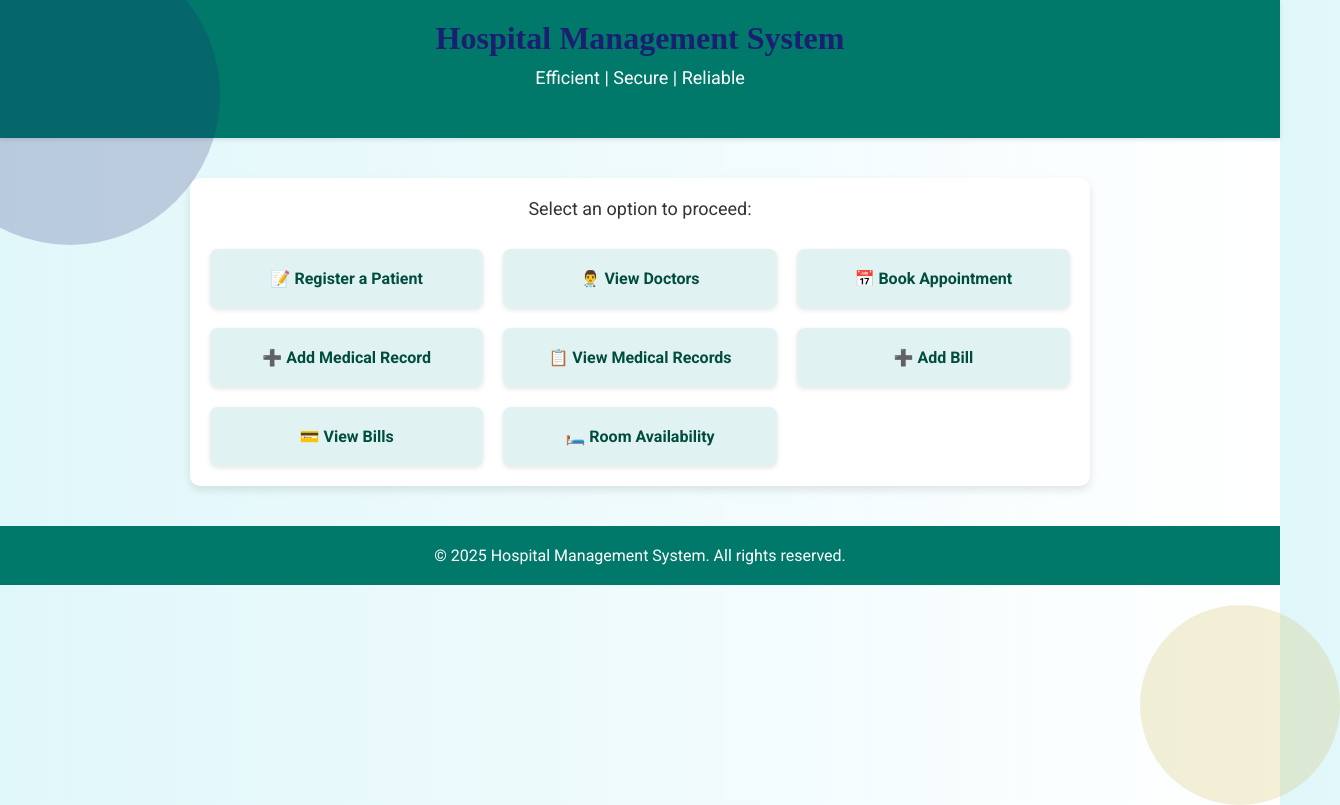
Repository: shreeshskatti/hospital_management_system
Page: http://localhost/
These files come from the project's save history. The page is drawn as it stood at one moment and after the next save; the edit follows.
The browser window is 1280 px wide. The page is 1340 px wide, so the pictures cover 1340 px, including what lies to the right of the window. The pictures show the whole page.
Some web fonts or font styles are not loaded; a fallback is used. The page is run by PHP 8.4 with error messages shown; the project is at /var/www/html/.

Above is the page before, as saved 2025-05-29 22:02:59.

### index.php
<?php include 'includes/db.php'; ?>
<!DOCTYPE html>
<html lang="en">
<head>
  <meta charset="UTF-8">
  <title>Hospital Management System</title>
  <link rel="stylesheet" href="css/style.css">
  <link href="https://fonts.googleapis.com/css2?family=Roboto:wght@400;700&display=swap" rel="stylesheet">
  <style>
    * {
      margin: 0; padding: 0;
      box-sizing: border-box;
      font-family: 'Roboto', sans-serif;
    }
    body {
      background: linear-gradient(to right, #e0f7fa, #ffffff);
      color: #333;
    }
    header {
      background-color: #00796B;
      color: white;
      padding: 20px 0;
      text-align: center;
      box-shadow: 0 2px 4px rgba(0,0,0,0.1);
    }
    .container {
      max-width: 900px;
      margin: 40px auto;
      padding: 20px;
      background: white;
      border-radius: 10px;
      box-shadow: 0 4px 8px rgba(0,0,0,0.1);
      text-align: center;
    }
    h1 {
      margin-bottom: 10px;
    }
    p {
      font-size: 18px;
      margin-bottom: 30px;
    }
    ul {
      list-style: none;
      display: grid;
      grid-template-columns: repeat(auto-fit, minmax(240px, 1fr));
      gap: 20px;
      padding: 0;
    }
    li a {
      display: block;
      padding: 20px;
      background-color: #e0f2f1;
      border-radius: 8px;
      text-decoration: none;
      color: #004D40;
      font-weight: bold;
      font-size: 16px;
      transition: all 0.3s ease;
      box-shadow: 0 2px 5px rgba(0,0,0,0.1);
    }
    li a:hover {
      background-color: #b2dfdb;
      transform: translateY(-5px);
    }
    footer {
      text-align: center;
      margin-top: 40px;
      padding: 20px;
      background-color: #00796B;
      color: white;
    }
  </style>
</head>
<body>

  <header>
    <h1>Hospital Management System</h1>
    <p>Efficient | Secure | Reliable</p>
  </header>

  <div class="container">
    <p>Select an option to proceed:</p>
    <ul>
      <li><a href="patients/add_patient.php">📝 Register a Patient</a></li>
      <li><a href="doctors/view_doctors.php">👨‍⚕️ View Doctors</a></li>
      <li><a href="appointments/book_appointment.php">📅 Book Appointment</a></li>
      <li><a href="medical_records/add_record.php">➕ Add Medical Record</a></li>
      <li><a href="medical_records/view_records.php">📋 View Medical Records</a></li>
      <li><a href="bills/add_bill.php">➕ Add Bill</a></li> <!-- ✅ Added -->
      <li><a href="bills/view_bills.php">💳 View Bills</a></li>
      <li><a href="rooms/view_rooms.php">🛏️ Room Availability</a></li>
    </ul>
  </div>

  <footer>
    &copy; <?php echo date('Y'); ?> Hospital Management System. All rights reserved.
  </footer>

</body>
</html>

### includes/db.php
<?php
$host = 'localhost';
$user = 'root';
$pass = '';
$dbname = 'hospital_db';  // must match your DB name

$conn = new mysqli($host, $user, $pass, $dbname);

if ($conn->connect_error) {
    die("Connection failed: " . $conn->connect_error);
}
?>

### css/style.css
@import url('https://fonts.googleapis.com/css2?family=Merriweather&family=Open+Sans&display=swap');

* {
  margin: 0;
  padding: 0;
  box-sizing: border-box;
}

body {
  background: radial-gradient(circle at top left, #f0f4ff, #fdfdfd);
  font-family: 'Open Sans', sans-serif;
  color: #2E2E2E;
  min-height: 100vh;
  position: relative;
  overflow-x: hidden;
}

/* Background floating shapes */
body::before, body::after {
  content: '';
  position: absolute;
  border-radius: 50%;
  opacity: 0.2;
  z-index: 0;
  pointer-events: none;
  animation: float 10s ease-in-out infinite;
}

body::before {
  width: 300px;
  height: 300px;
  background: #1A1F71;
  top: -80px;
  left: -80px;
}

body::after {
  width: 200px;
  height: 200px;
  background: #C9B037;
  bottom: -60px;
  right: -60px;
}

@keyframes float {
  0%, 100% { transform: translateY(0px); }
  50% { transform: translateY(25px); }
}

h1, h2, h3 {
  font-family: 'Merriweather', serif;
  color: #1A1F71;
  z-index: 1;
  position: relative;
}

.container {
  max-width: 900px;
  margin: 60px auto;
  padding: 40px 30px;
  background-color: rgba(255, 255, 255, 0.9);
  backdrop-filter: blur(10px);
  border-radius: 16px;
  box-shadow: 0 12px 30px rgba(0,0,0,0.1);
  position: relative;
  z-index: 1;
}

button {
  background-color: #1A1F71;
  color: #F9F6F1;
  border: none;
  padding: 14px 28px;
  font-size: 16px;
  border-radius: 8px;
  cursor: pointer;
  font-weight: 600;
  transition: background-color 0.3s ease, color 0.3s ease;
}

button:hover {
  background-color: #C9B037;
  color: #1A1F71;
}

input, select {
  width: 100%;
  padding: 12px;
  margin-top: 10px;
  margin-bottom: 22px;
  border: 1.5px solid #D3D3D3;
  border-radius: 8px;
  font-size: 16px;
  transition: all 0.3s ease;
  background-color: #fafafa;
}

input:focus, select:focus {
  border-color: #C9B037;
  outline: none;
  box-shadow: 0 0 8px rgba(201, 176, 55, 0.5);
  background-color: white;
}

table {
  width: 100%;
  border-collapse: collapse;
  margin-top: 30px;
  font-size: 15px;
}

th, td {
  padding: 14px;
  border: 1px solid #D3D3D3;
  text-align: left;
}

thead {
  background-color: #C9B037;
  color: white;
}

tbody tr:nth-child(even) {
  background-color: #F9F6F1;
}

/* Links and interactions */
a {
  color: #1A1F71;
  text-decoration: none;
  transition: color 0.3s;
  font-weight: bold;
}

a:hover {
  color: #C9B037;
  text-decoration: underline;
}

After the next save:
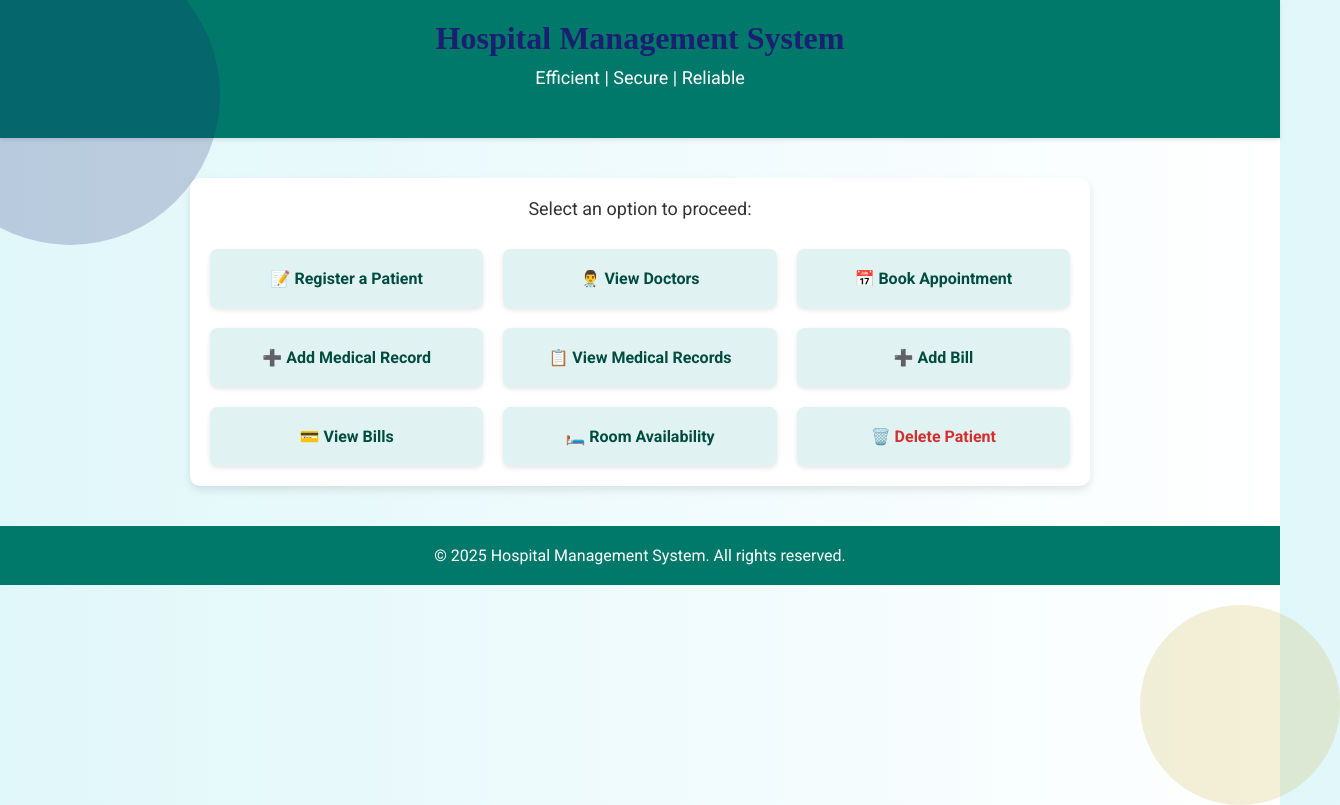
Saved 12 min 19 s later.
--- a/index.php
+++ b/index.php
@@ -86,9 +86,10 @@
       <li><a href="appointments/book_appointment.php">📅 Book Appointment</a></li>
       <li><a href="medical_records/add_record.php">➕ Add Medical Record</a></li>
       <li><a href="medical_records/view_records.php">📋 View Medical Records</a></li>
-      <li><a href="bills/add_bill.php">➕ Add Bill</a></li> <!-- ✅ Added -->
+      <li><a href="bills/add_bill.php">➕ Add Bill</a></li>
       <li><a href="bills/view_bills.php">💳 View Bills</a></li>
       <li><a href="rooms/view_rooms.php">🛏️ Room Availability</a></li>
+      <li><a href="patients/delete_patient.php" style="color: #d32f2f; font-weight: 700;">🗑️ Delete Patient</a></li>
     </ul>
   </div>
 
